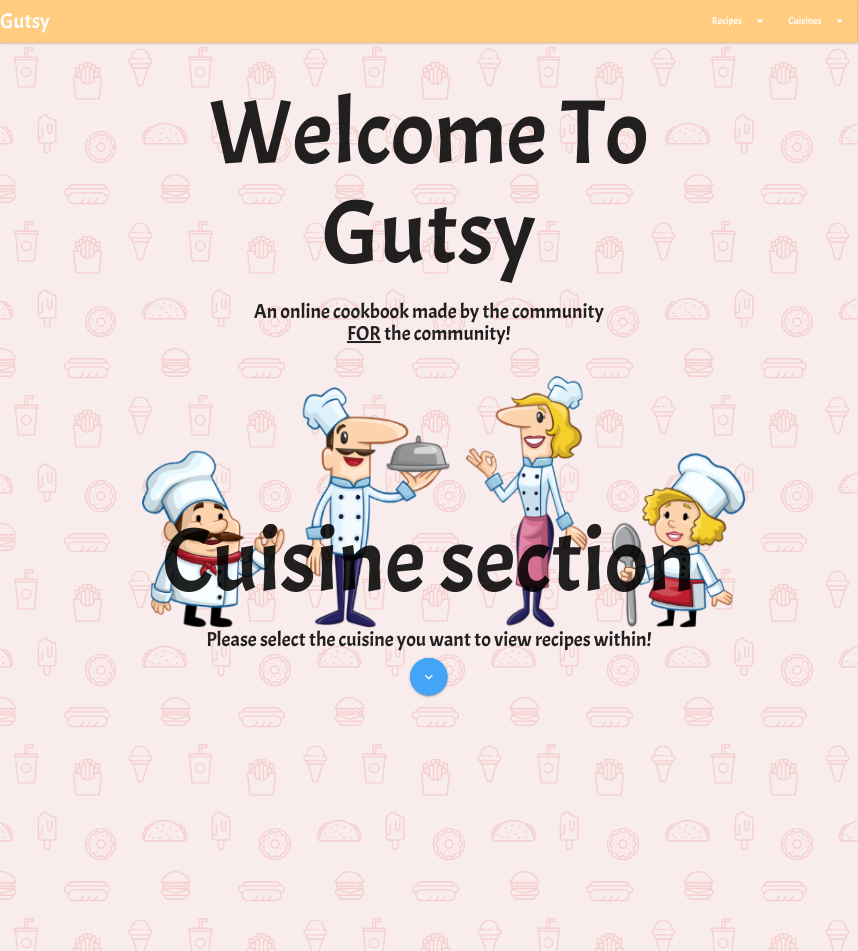
Repository: connor-blackburn/gutsy
Page: http://localhost/
The author's editor kept a record of every edit. The page is drawn from the files as they stood at one moment, then again after the next edit.
The browser window is 1280 px wide. The pictures show the whole page, at 67% of full size.
The page is served by the project's application, run on Flask 3 (app.py). Queries for data that is not in the repository find no rows.

Above is the page before.

After the next edit:
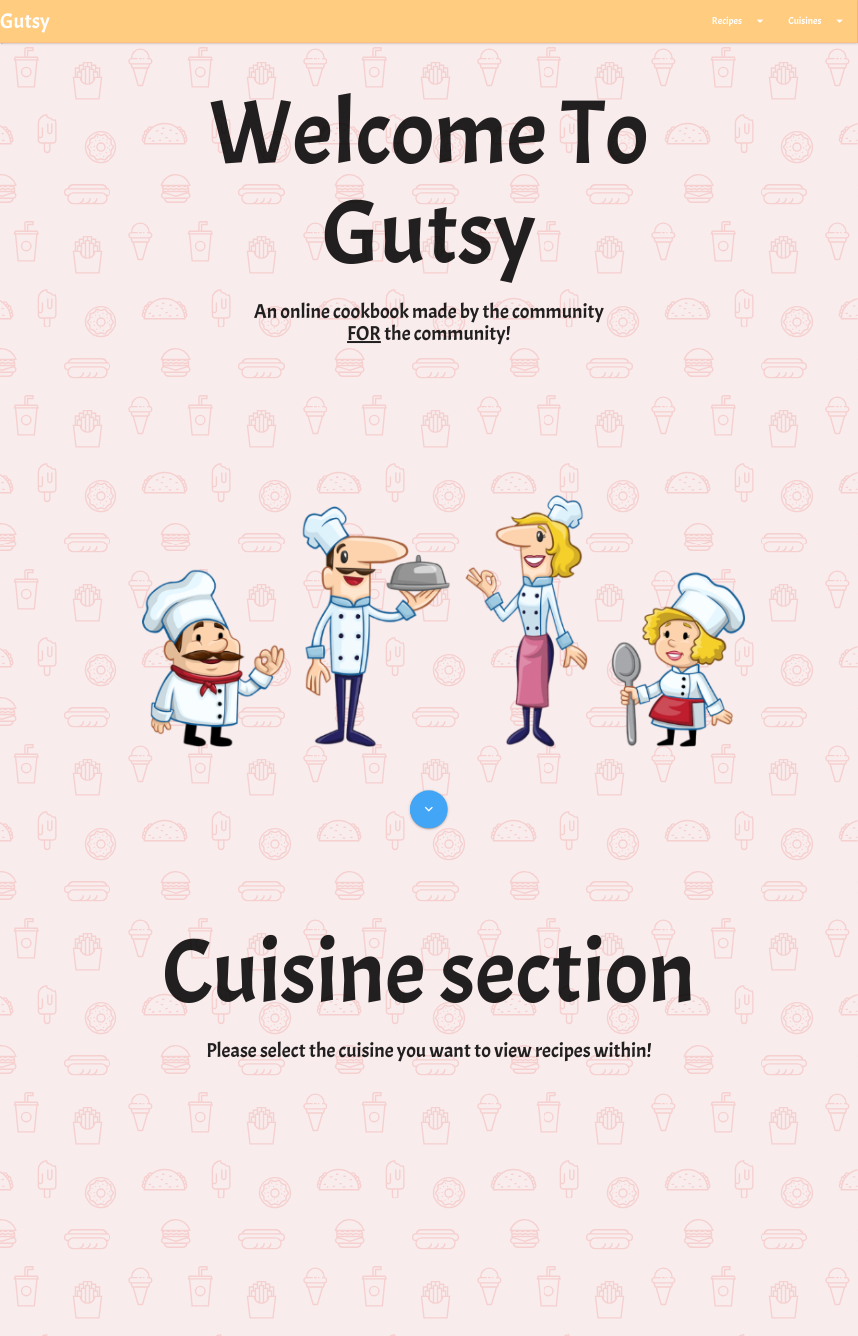
The edit:
--- a/templates/index.html
+++ b/templates/index.html
@@ -1,17 +1,20 @@
 {% extends 'base.html' %} {% block content %}
 
 <div class="container">
-<!-- above the fold content on homepage-->
+    <!-- above the fold content on homepage-->
     <div class="row center-align">
         <div class="heading">
-        <h1>Welcome To Gutsy</h1>
-        <h5>An online cookbook made by the community <br/> <u>FOR</u> the community!</h5>
+            <h1>Welcome To Gutsy</h1>
+            <h5>An online cookbook made by the community <br/> <u>FOR</u> the community!</h5>
+        </div>
         <div class="hero_image">
             <img src="static/images/chefs.png">
         </div>
-        <a class="btn-floating btn-large waves-effect waves-light blue lighten-1 pulse" href="#cuisine_section"><i class="material-icons">expand_more</i></a>
+        <div class="row button">
+            <a class="btn-floating btn-large waves-effect waves-light blue lighten-1 pulse" href="#cuisine_section"><i class="material-icons">expand_more</i></a>
+        </div>
     </div>
-<!-- // -->
+    <!-- // -->
 
     <div id="cuisine_section" class="row flexContainer center-align">
         <div class="heading">
